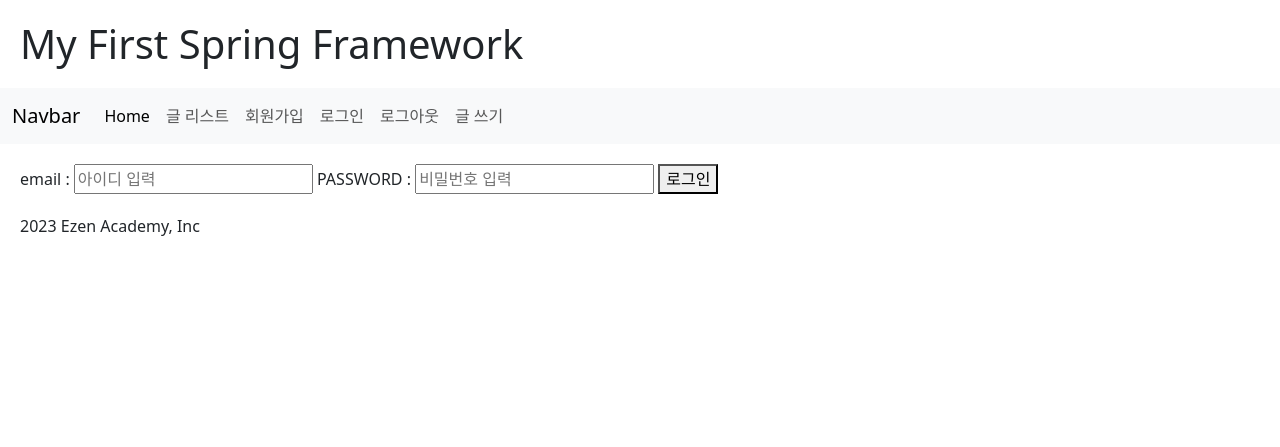
Repository: jinho0717/spring
Page: http://localhost/springProject/WEB-INF/views/member/login.jsp
These files come from the project's save history. The page is drawn as it stood at one moment and after the next save; the edit follows.
The browser window is 1280 px wide. The pictures show the whole page.
The page is served by Tomcat 9. Nobody is signed in. Other server files are loaded and not shown. The template is opened directly, without the code that normally fills it, so the values that code supplies are empty.

Above is the page before, as saved 2023-10-27 12:16:06.

### springProject/src/main/webapp/WEB-INF/views/member/login.jsp
<%@ page language="java" contentType="text/html; charset=UTF-8"
    pageEncoding="UTF-8"%>
     <%@ taglib uri="http://java.sun.com/jsp/jstl/core" prefix="c" %>
<!DOCTYPE html>
<html>
<head>
<meta charset="UTF-8">
<title>Insert title here</title>
</head>
<body>
<jsp:include page="../common/header.jsp"></jsp:include>
<jsp:include page="../common/nav.jsp"></jsp:include>
	<form action="/member/login" method="post">
	email : <input type="email" name="id" placeholder="아이디 입력">
	PASSWORD : <input type="password" name="pw" placeholder="비밀번호 입력">
<button type="submit">로그인</button>
</form>
<jsp:include page="../common/footer.jsp" />
</body>
</html>

### springProject/src/main/webapp/WEB-INF/views/common/header.jsp
<%@ page language="java" contentType="text/html; charset=UTF-8"
    pageEncoding="UTF-8"%>
     <%@ taglib uri="http://java.sun.com/jsp/jstl/core" prefix="c" %>
<!DOCTYPE html>
<html>
<head>
<meta charset="UTF-8">
<title>Insert title here</title>
<link href="https://cdn.jsdelivr.net/npm/bootstrap@5.3.1/dist/css/bootstrap.min.css" rel="stylesheet" integrity="sha384-4bw+/aepP/YC94hEpVNVgiZdgIC5+VKNBQNGCHeKRQN+PtmoHDEXuppvnDJzQIu9" crossorigin="anonymous">
<script src="https://cdn.jsdelivr.net/npm/bootstrap@5.3.1/dist/js/bootstrap.bundle.min.js" integrity="sha384-HwwvtgBNo3bZJJLYd8oVXjrBZt8cqVSpeBNS5n7C8IVInixGAoxmnlMuBnhbgrkm" crossorigin="anonymous"></script>
<style type="text/css">
h1 , p , h3, form{
margin: 20px
}
</style>
</head>
<body>
<h1>My First Spring Framework</h1>

</body>
</html>

### springProject/src/main/webapp/WEB-INF/views/common/nav.jsp
<%@ page language="java" contentType="text/html; charset=UTF-8"
    pageEncoding="UTF-8"%>
     <%@ taglib uri="http://java.sun.com/jsp/jstl/core" prefix="c" %>
<!DOCTYPE html>
<html>
<head>
<meta charset="UTF-8">
<title>Insert title here</title>

</head>
<body>
<header>
	<nav class="navbar navbar-expand-lg bg-body-tertiary">
  <div class="container-fluid">
    <a class="navbar-brand" href="#">Navbar</a>
    <button class="navbar-toggler" type="button" data-bs-toggle="collapse" data-bs-target="#navbarSupportedContent" aria-controls="navbarSupportedContent" aria-expanded="false" aria-label="Toggle navigation">
      <span class="navbar-toggler-icon"></span>
    </button>
    <div class="collapse navbar-collapse" id="navbarSupportedContent">
      <ul class="navbar-nav me-auto mb-2 mb-lg-0">
        <li class="nav-item">
          <a class="nav-link active" aria-current="page" href="/">Home</a>
        </li>
        <li class="nav-item">
          <a class="nav-link" href="/board/list">글 리스트</a>
        </li>
        <li class="nav-item">
          <a class="nav-link" href="/member/register">회원가입</a>
        </li>
        <li class="nav-item">
          <a class="nav-link" href="/member/login">로그인</a>
        </li>
        <li class="nav-item">
          <a class="nav-link" href="/member/logout">로그아웃</a>
        </li>
        <li class="nav-item">
          <a class="nav-link" href="/board/register">글 쓰기</a>
        </li>
      </ul>
    </div>
  </div>
</nav>
</header>
</body>
</html>

### springProject/src/main/webapp/WEB-INF/views/common/footer.jsp
<%@ page language="java" contentType="text/html; charset=UTF-8"
    pageEncoding="UTF-8"%>
    <%@ taglib uri="http://java.sun.com/jsp/jstl/core" prefix="c" %>
<!DOCTYPE html>
<html>
<head>
<meta charset="UTF-8">
<title>Insert title here</title>

</head>
<body>
<div>
	<p>2023 Ezen Academy, Inc</p>
</div>
</body>
</html>

After the next save:
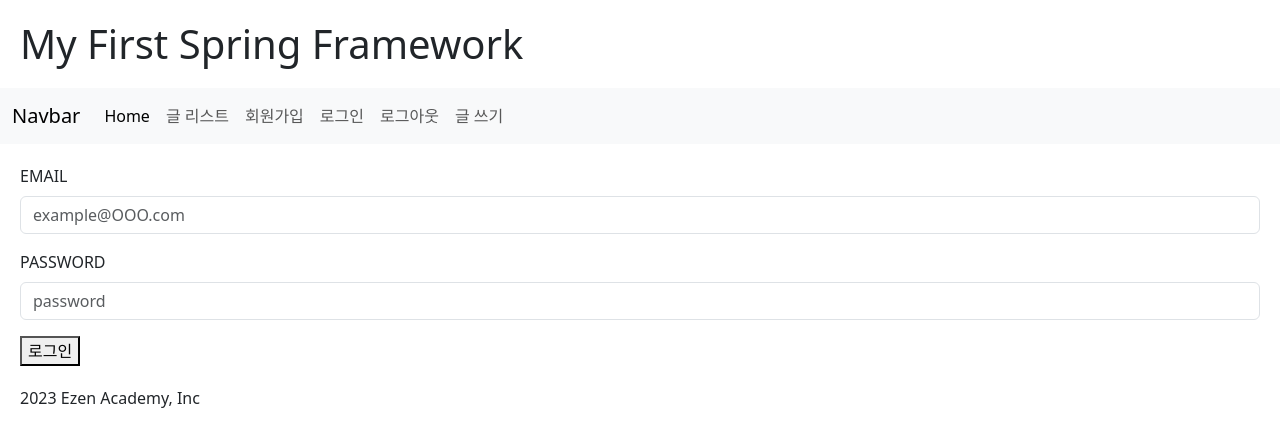
Saved 43 s later.
--- a/springProject/src/main/webapp/WEB-INF/views/member/login.jsp
+++ b/springProject/src/main/webapp/WEB-INF/views/member/login.jsp
@@ -10,11 +10,20 @@
 <body>
 <jsp:include page="../common/header.jsp"></jsp:include>
 <jsp:include page="../common/nav.jsp"></jsp:include>
+
 	<form action="/member/login" method="post">
-	email : <input type="email" name="id" placeholder="아이디 입력">
-	PASSWORD : <input type="password" name="pw" placeholder="비밀번호 입력">
+	<div class="mb-3">
+	  <label for="e" class="form-label">EMAIL</label>
+	  <input type="email" class="form-control" name="email" id="e" placeholder="example@OOO.com">
+	</div>
+	<div class="mb-3">
+	  <label for="p" class="form-label">PASSWORD</label>
+	  <input type="password" class="form-control" name="pwd" id="p" placeholder="password">
+	</div>
 <button type="submit">로그인</button>
 </form>
+
+
 <jsp:include page="../common/footer.jsp" />
 </body>
 </html>
